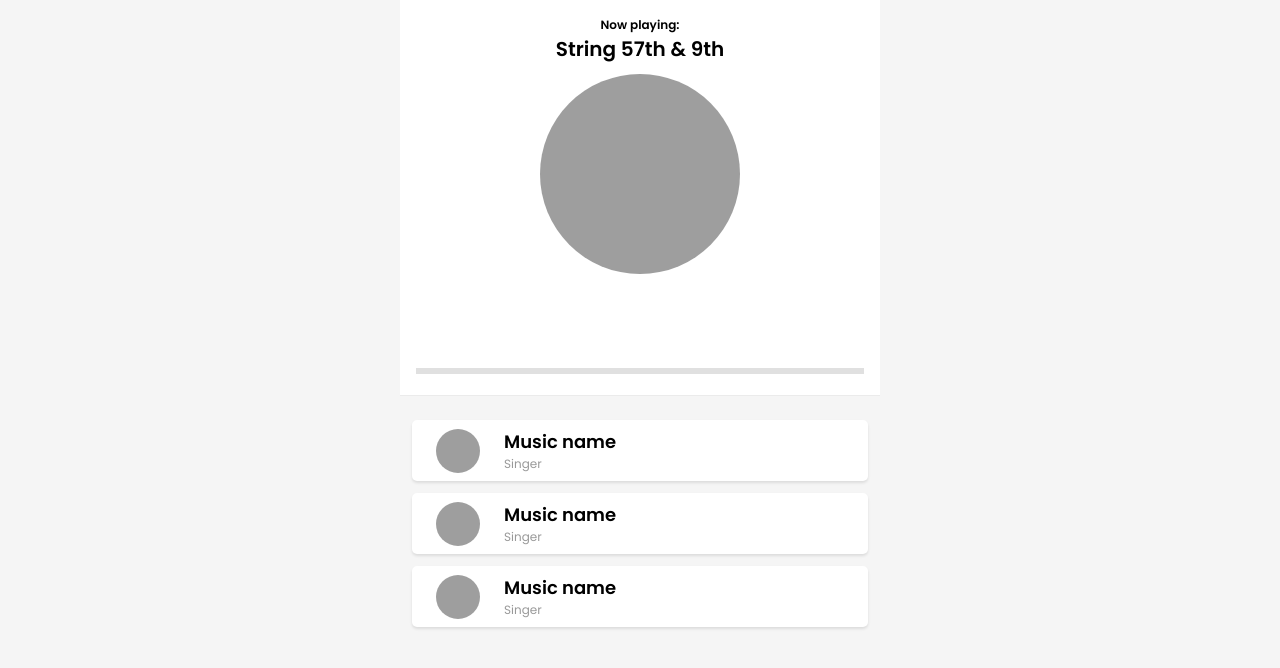
Repository: MinhNhatIT2901/Mp3-clon
Page: index.html
The author's editor kept a copy of each file at every save. The page is drawn from the files as they stood at one save, then again after the next save.
The browser window is 1280 px wide. The pictures show the whole page.
Pictures or frames that could not be fetched are drawn as grey boxes.

Above is the page before, as saved 2021-12-31 21:50:55.

After the next save:
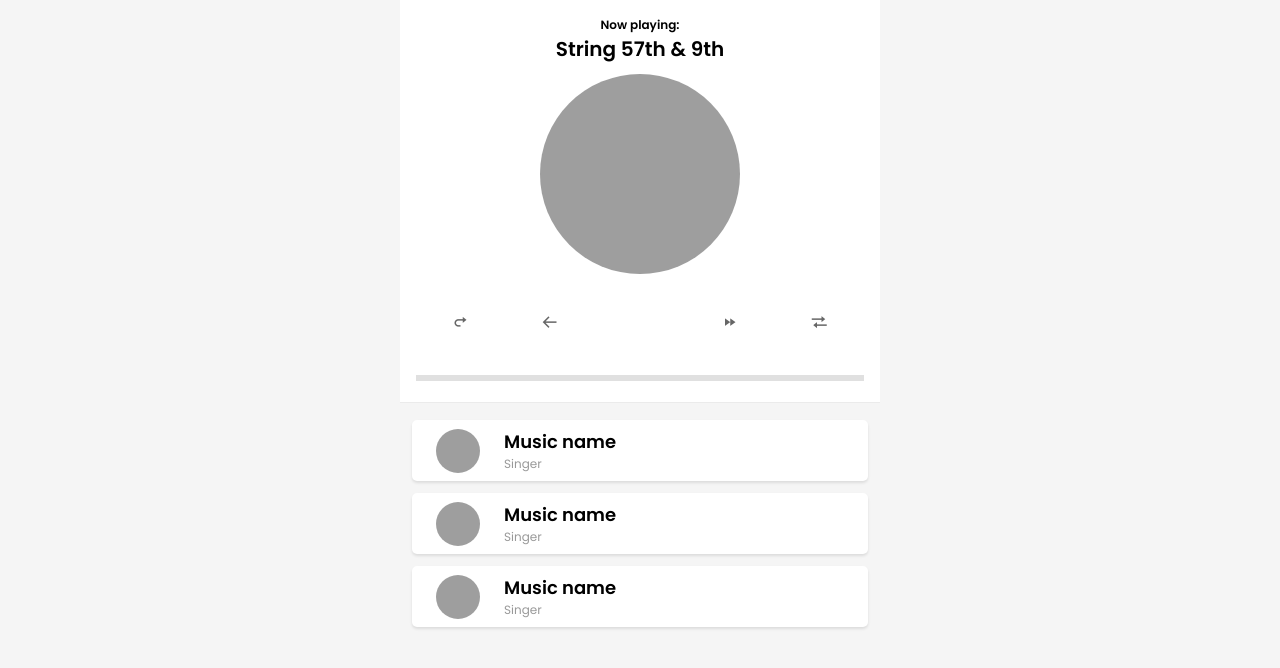
Saved 3 min 3 s later.
--- a/index.html
+++ b/index.html
@@ -29,20 +29,20 @@
             <!-- Control -->
             <div class="control">
                 <div class="btn btn-repeat">
-                    <i class="fas fa-redo"></i>
+                    <i class='bx bx-redo'></i>
                 </div>
                 <div class="btn btn-prev">
-                    <i class="fas fa-step-backward"></i>
+                    <i class='bx bx-arrow-back'></i>
                 </div>
                 <div class="btn btn-toggle-play">
-                    <i class="fas fa-pause icon-pause"></i>
-                    <i class="fas fa-play icon-play"></i>
+                    <i class='bx bx-pause' ></i>
+                    <i class='bx bx-play' ></i>
                 </div>
                 <div class="btn btn-next">
-                    <i class="fas fa-step-forward"></i>
+                    <i class='bx bx-fast-forward' ></i>
                 </div>
                 <div class="btn btn-random">
-                    <i class="fas fa-random"></i>
+                    <i class='bx bx-transfer' ></i>
                 </div>
             </div>
 
